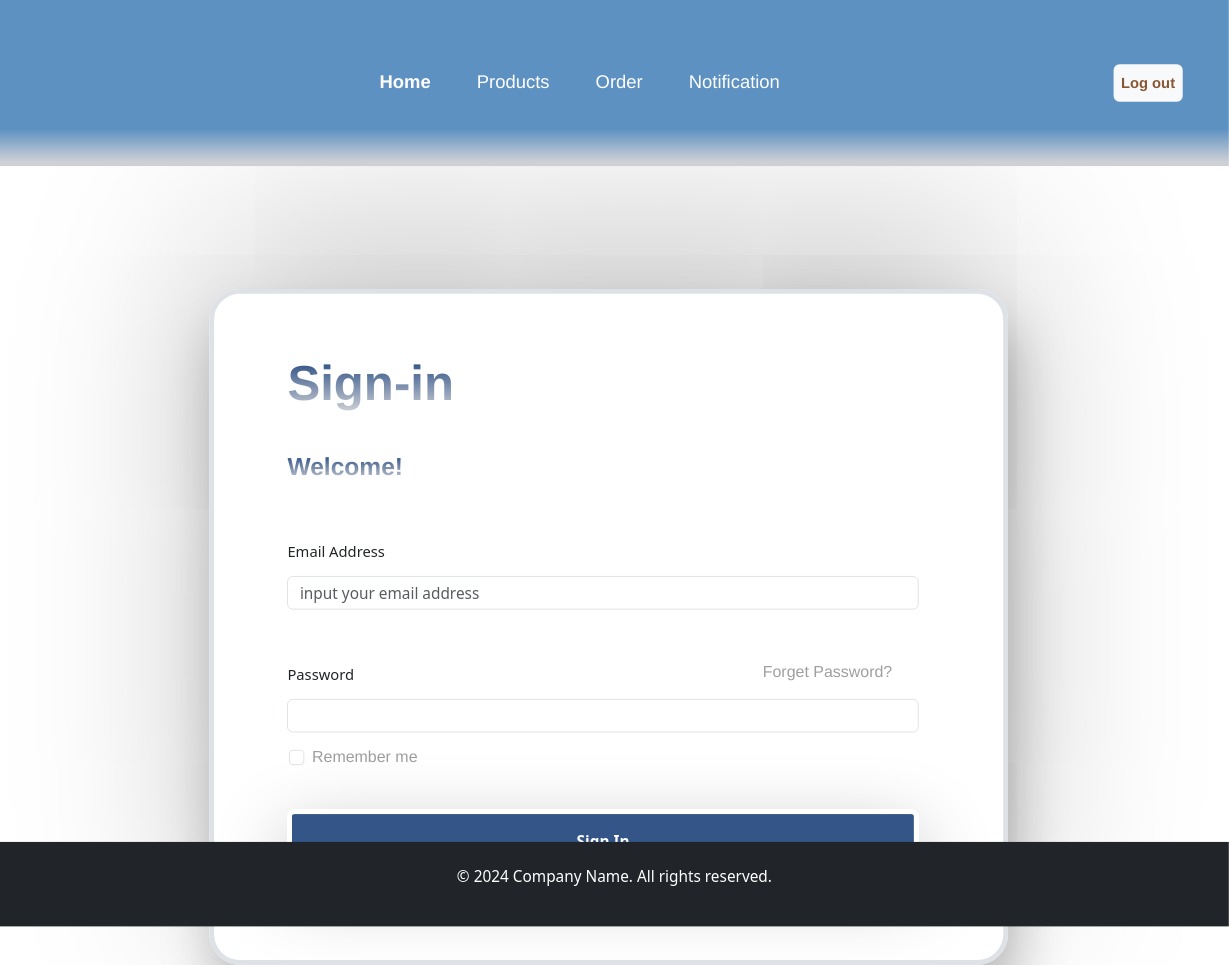
Repository: OVictor21/inventory
Page: /
These files come from the project's save history. The page is drawn as it stood at one moment and after the next save; the edit follows.
The browser window is 1280 px wide. The pictures show the whole page, at 96% of full size.
The project was rebuilt for these pictures with package versions that can differ from the ones it lists, and the page was loaded fresh each time.

Above is the page before, as saved 2024-12-14 09:56:05.

After the next save:
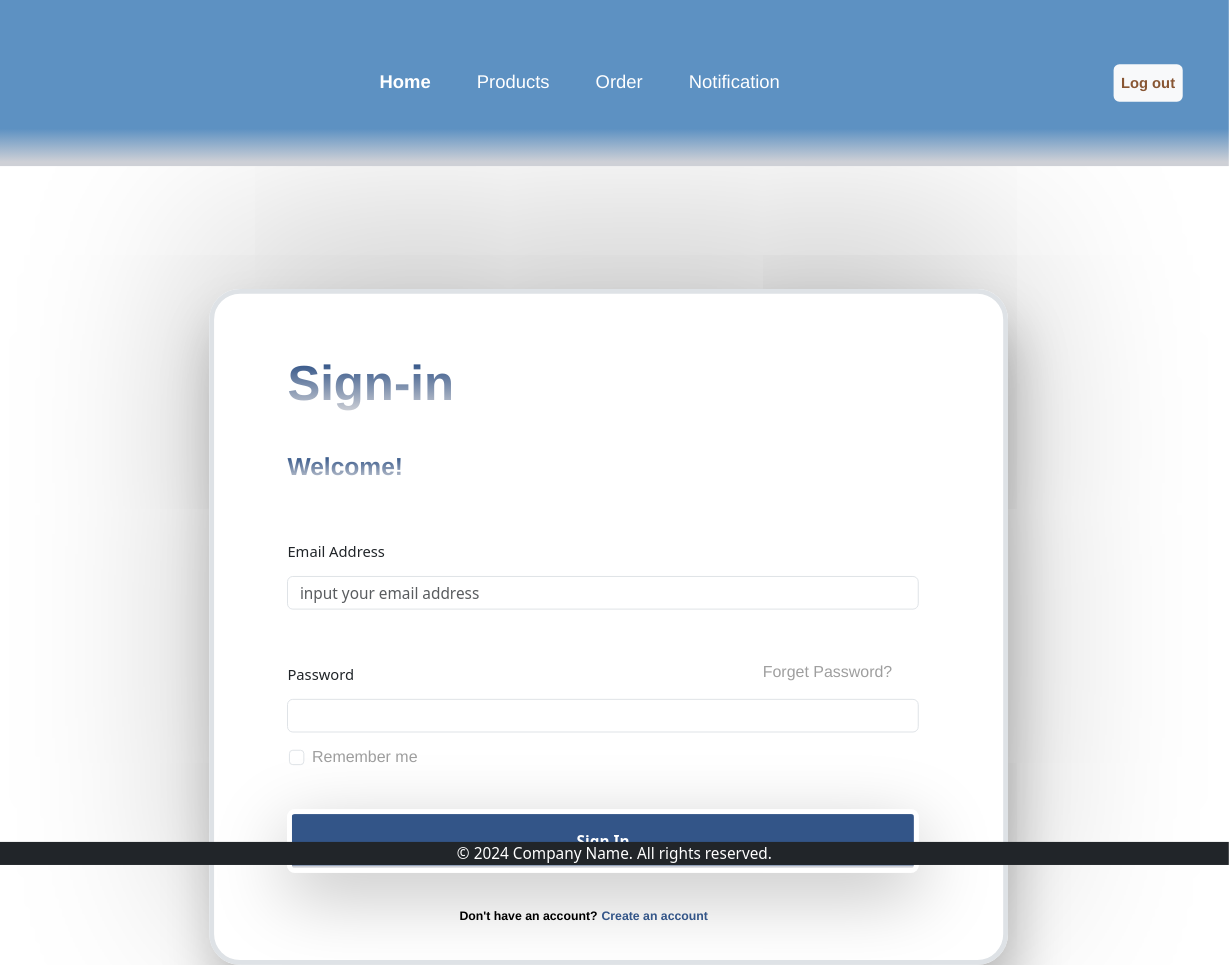
Saved 14 s later.
--- a/src/body.js
+++ b/src/body.js
@@ -32,7 +32,7 @@
 
     </form>
 
-    <footer className="bg-dark text-white py-4 position-relative">
+    <footer className="bg-dark text-white position-relative">
       <div className="container">
           <div className="text-center">
             <p>&copy; 2024 Company Name. All rights reserved.</p>

After the save that followed:
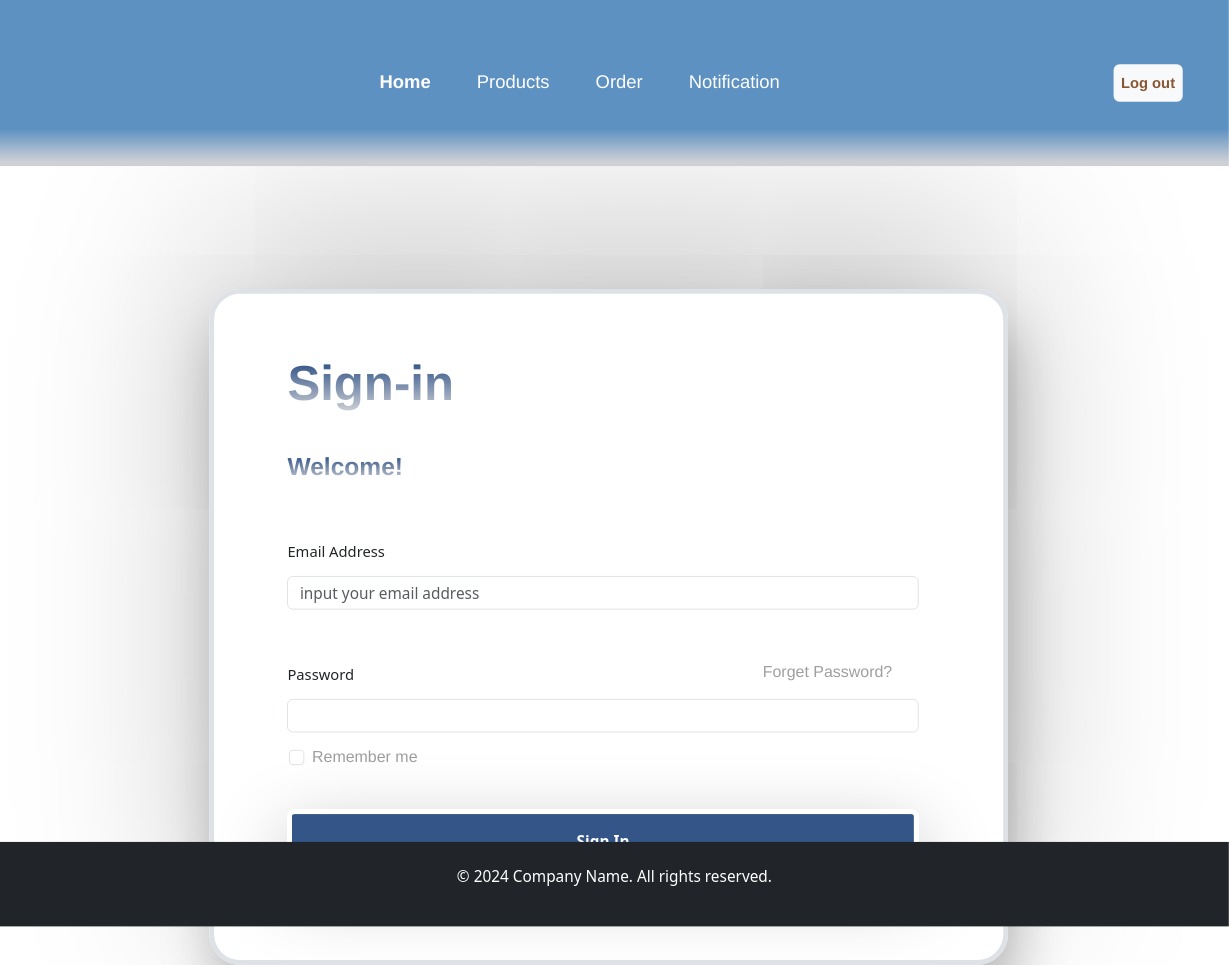
Saved 9 s later.
--- a/src/body.js
+++ b/src/body.js
@@ -32,7 +32,7 @@
 
     </form>
 
-    <footer className="bg-dark text-white position-relative">
+    <footer className="bg-dark text-white py-4 position-relative">
       <div className="container">
           <div className="text-center">
             <p>&copy; 2024 Company Name. All rights reserved.</p>
